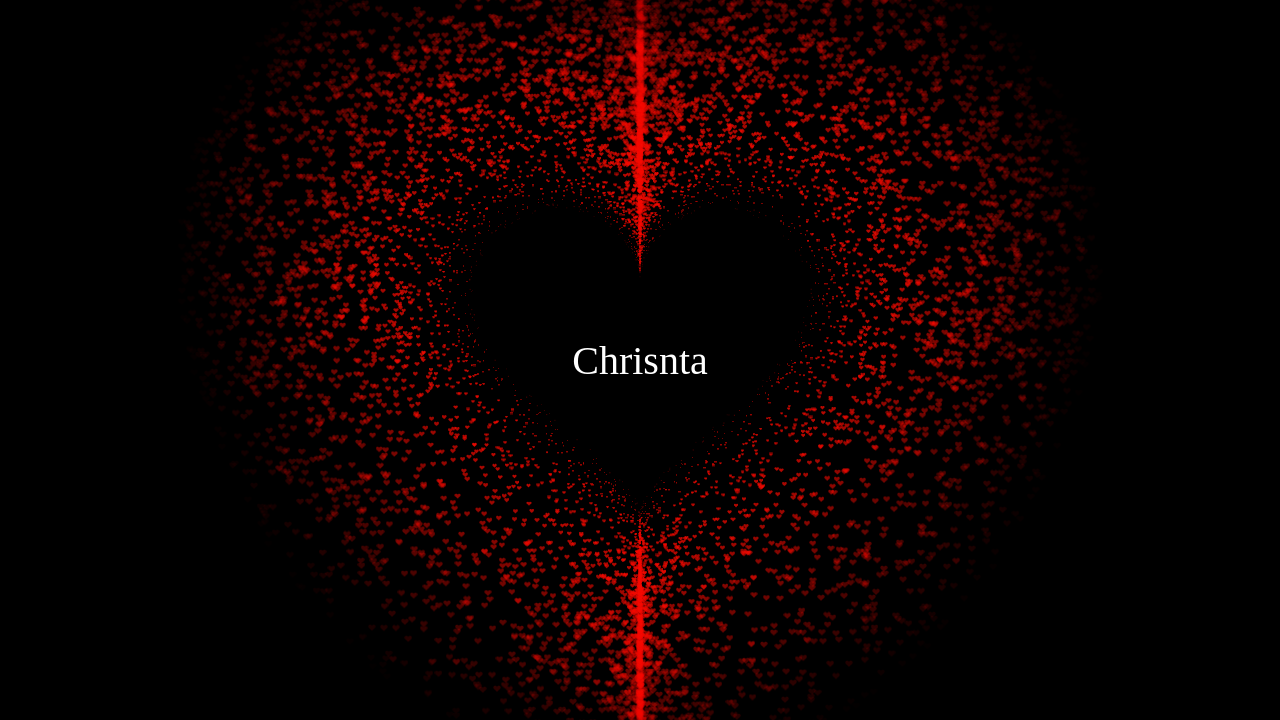
Repository: thaiduy1704/Heart
Page: index.html
The author's editor kept a copy of each file at every save. The page is drawn from the files as they stood at one save, then again after the next save.
The browser window is 1280 px wide. The pictures show the whole page.

Above is the page before, as saved 2022-11-11 01:58:45.
Not found: style.css

### index.html
<!DOCTYPE HTML PUBLIC "-//W3C//DTD HTML 4.0 Transitional//EN">
<HTML>
 <HEAD>
  <TITLE> MINH IT </TITLE>
  <META NAME="Generator" CONTENT="EditPlus">
  <META NAME="Author" CONTENT="">
  <META NAME="Keywords" CONTENT="">
  <META NAME="Description" CONTENT="">
  <link rel="stylesheet" href="style.css">
  <style>
  html, body {
  height: 100%;
  padding: 0;
  margin: 0;
  background: rgba(0, 0, 0, 0.851);
}
canvas {
  position: absolute;
  width: 100%;
  height: 100%;
}
  </style>
 </HEAD>
 <BODY>
  <div class="box">
    <canvas id="pinkboard"></canvas>
  </div>
<script>
var settings = {
  particles: {
    length:   10000, // maximum amount of particles
    duration:   4, // particle duration in sec
    velocity: 80, // particle velocity in pixels/sec
    effect: 0, // play with this for a nice effect
    size:      8, // particle size in pixels
  },
};
/*
 */
(function(){var b=0;var c=["ms","moz","webkit","o"];for(var a=0;a<c.length&&!window.requestAnimationFrame;++a){window.requestAnimationFrame=window[c[a]+"RequestAnimationFrame"];window.cancelAnimationFrame=window[c[a]+"CancelAnimationFrame"]||window[c[a]+"CancelRequestAnimationFrame"]}if(!window.requestAnimationFrame){window.requestAnimationFrame=function(h,e){var d=new Date().getTime();var f=Math.max(0,16-(d-b));var g=window.setTimeout(function(){h(d+f)},f);b=d+f;return g}}if(!window.cancelAnimationFrame){window.cancelAnimationFrame=function(d){clearTimeout(d)}}}());
/*
 * Point class
 */
var Point = (function() {
  function Point(x, y) {
    this.x = (typeof x !== 'undefined') ? x : 0;
    this.y = (typeof y !== 'undefined') ? y : 0;
  }
  Point.prototype.clone = function() {
    return new Point(this.x, this.y);
  };
  Point.prototype.length = function(length) {
    if (typeof length == 'undefined')
      return Math.sqrt(this.x * this.x + this.y * this.y);
    this.normalize();
    this.x *= length;
    this.y *= length;
    return this;
  };
  Point.prototype.normalize = function() {
    var length = this.length();
    this.x /= length;
    this.y /= length;
    return this;
  };
  return Point;
})();
/*
 * Particle class
 */
var Particle = (function() {
  function Particle() {
    this.position = new Point();
    this.velocity = new Point();
    this.acceleration = new Point();
    this.age = 0;
  }
  Particle.prototype.initialize = function(x, y, dx, dy) {
    this.position.x = x;
    this.position.y = y;
    this.velocity.x = dx;
    this.velocity.y = dy;
    this.acceleration.x = dx * settings.particles.effect;
    this.acceleration.y = dy * settings.particles.effect;
    this.age = 0;
  };
  Particle.prototype.update = function(deltaTime) {
    this.position.x += this.velocity.x * deltaTime;
    this.position.y += this.velocity.y * deltaTime;
    this.velocity.x += this.acceleration.x * deltaTime;
    this.velocity.y += this.acceleration.y * deltaTime;
    this.age += deltaTime;
  };
  Particle.prototype.draw = function(context, image) {
    function ease(t) {
      return (--t) * t * t + 1;
    }
    var size = image.width * ease(this.age / settings.particles.duration);
    context.globalAlpha = 1 - this.age / settings.particles.duration;
    context.drawImage(image, this.position.x - size / 2, this.position.y - size / 2, size, size);
  };
  return Particle;
})();
/*
 * ParticlePool class
 */
var ParticlePool = (function() {
  var particles,
      firstActive = 0,
      firstFree   = 0,
      duration    = settings.particles.duration;

  function ParticlePool(length) {
    // create and populate particle pool
    particles = new Array(length);
    for (var i = 0; i < particles.length; i++)
      particles[i] = new Particle();
  }
  ParticlePool.prototype.add = function(x, y, dx, dy) {
    particles[firstFree].initialize(x, y, dx, dy);

    // handle circular queue
    firstFree++;
    if (firstFree   == particles.length) firstFree   = 0;
    if (firstActive == firstFree       ) firstActive++;
    if (firstActive == particles.length) firstActive = 0;
  };
  ParticlePool.prototype.update = function(deltaTime) {
    var i;

    // update active particles
    if (firstActive < firstFree) {
      for (i = firstActive; i < firstFree; i++)
        particles[i].update(deltaTime);
    }
    if (firstFree < firstActive) {
      for (i = firstActive; i < particles.length; i++)
        particles[i].update(deltaTime);
      for (i = 0; i < firstFree; i++)
        particles[i].update(deltaTime);
    }

    // remove inactive particles
    while (particles[firstActive].age >= duration && firstActive != firstFree) {
      firstActive++;
      if (firstActive == particles.length) firstActive = 0;
    }


  };
  ParticlePool.prototype.draw = function(context, image) {
    // draw active particles
    if (firstActive < firstFree) {
      for (i = firstActive; i < firstFree; i++)
        particles[i].draw(context, image);
    }
    if (firstFree < firstActive) {
      for (i = firstActive; i < particles.length; i++)
        particles[i].draw(context, image);
      for (i = 0; i < firstFree; i++)
        particles[i].draw(context, image);
    }
  };
  return ParticlePool;
})();
/*
 * Putting it all together
 */
(function(canvas) {
  var context = canvas.getContext('2d'),
      particles = new ParticlePool(settings.particles.length),
      particleRate = settings.particles.length / settings.particles.duration, // particles/sec
      time;

  // get point on heart with -PI <= t <= PI
  function pointOnHeart(t) {
    return new Point(
      160 * Math.pow(Math.sin(t), 3),
      130 * Math.cos(t) - 50 * Math.cos(2 * t) - 20 * Math.cos(3 * t) - 10 * Math.cos(4 * t) + 25
    );
  }

  // creating the particle image using a dummy canvas
  var image = (function() {
    var canvas  = document.createElement('canvas'),
        context = canvas.getContext('2d');
    canvas.width  = settings.particles.size;
    canvas.height = settings.particles.size;
    // helper function to create the path
    function to(t) {
      var point = pointOnHeart(t);
      point.x = settings.particles.size / 2 + point.x * settings.particles.size / 350;
      point.y = settings.particles.size / 2 - point.y * settings.particles.size / 350;
      return point;
    }
    // create the path
    context.beginPath();
    var t = -Math.PI;
    var point = to(t);
    context.moveTo(point.x, point.y);
    while (t < Math.PI) {
      t += 0.01; // baby steps!
      point = to(t);
      context.lineTo(point.x, point.y);
    }
    context.closePath();
    // create the fill
    context.fillStyle = '#f50b02';
    context.fill();
    // create the image
    var image = new Image();
    image.src = canvas.toDataURL();
    return image;
  })();

  // render that thing!
  function render() {
    // next animation frame
    requestAnimationFrame(render);

    // update time
    var newTime   = new Date().getTime() / 1000,
        deltaTime = newTime - (time || newTime);
    time = newTime;

    // clear canvas
    context.clearRect(0, 0, canvas.width, canvas.height);

    // create new particles
    var amount = particleRate * deltaTime;
    for (var i = 0; i < amount; i++) {
      var pos = pointOnHeart(Math.PI - 2 * Math.PI * Math.random());
      var dir = pos.clone().length(settings.particles.velocity);
      particles.add(canvas.width / 2 + pos.x, canvas.height / 2 - pos.y, dir.x, -dir.y);
    }

    // update and draw particles
    particles.update(deltaTime);
    particles.draw(context, image);
  }

  // handle (re-)sizing of the canvas
  function onResize() {
    canvas.width  = canvas.clientWidth;
    canvas.height = canvas.clientHeight;
  }
  window.onresize = onResize;

  // delay rendering bootstrap
  setTimeout(function() {
    onResize();
    render();
  }, 10);
})(document.getElementById('pinkboard'));
  </script>
 </BODY>
</HTML>
</HTML>
  </script>
  <div class="center-text",
  style="background-color:rgb(0, 0, 0);
        width: 100%;
        color: white ;
        height:100%;
        font-size: 40px;
        font-style: Bold;
        font-family: 'Dancing Script', cursive;
        display: flex;
        align-items: center;
        justify-content: center;
        margin-bottom: 200px;
        text-align: center;">Chrisnta</div>
 </BODY>
</HTML>
<!-- color: rgb(225, 12, 168); -->

After the next save:
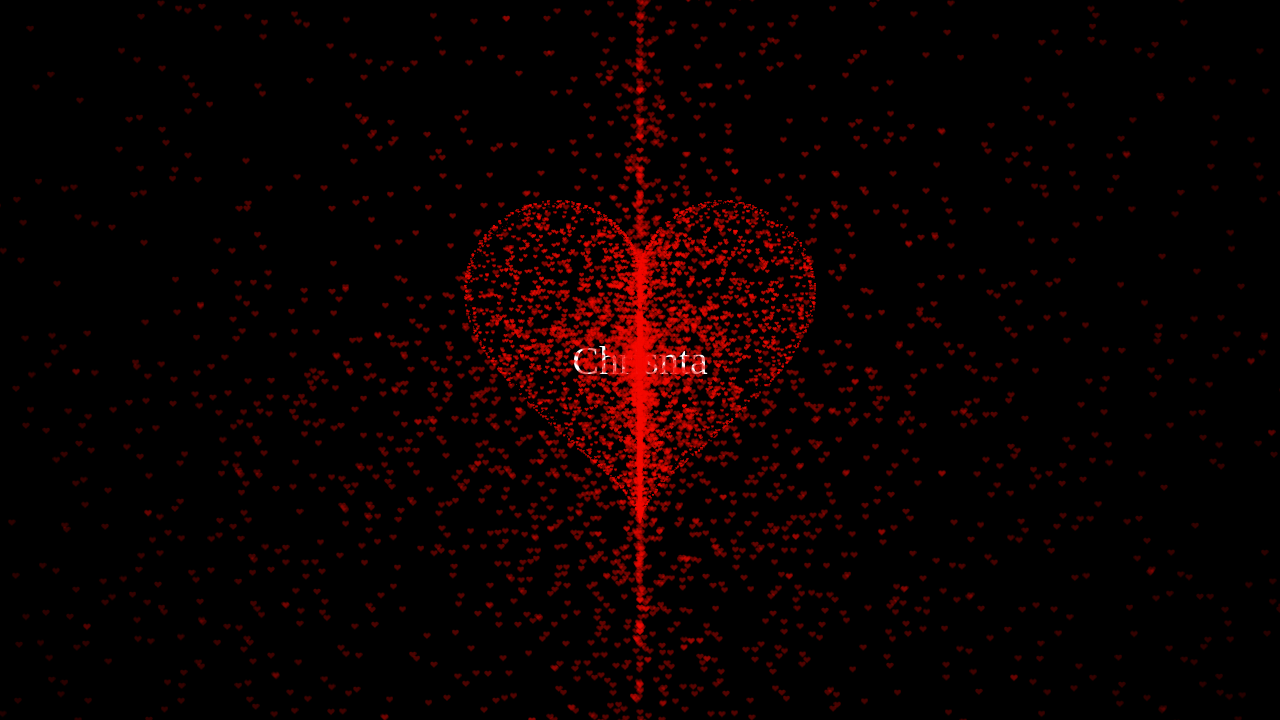
Saved 15 s later.
--- a/index.html
+++ b/index.html
@@ -31,7 +31,7 @@ var settings = {
     length:   10000, // maximum amount of particles
     duration:   4, // particle duration in sec
     velocity: 80, // particle velocity in pixels/sec
-    effect: 0, // play with this for a nice effect
+    effect: -2.5, // play with this for a nice effect
     size:      8, // particle size in pixels
   },
 };
